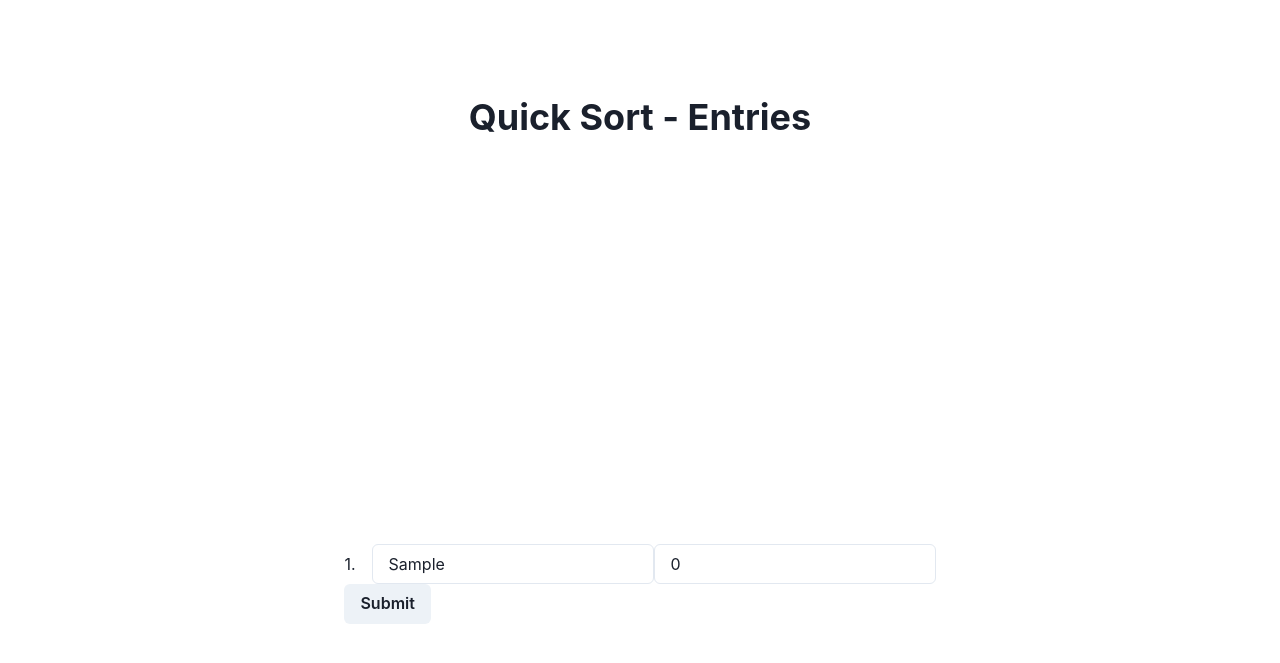
Repository: rohit-jindal18/stock-trailer
Page: /home
The author's editor kept a copy of each file at every save. The page is drawn from the files as they stood at one save, then again after the next save.
The browser window is 1280 px wide. The pictures show the whole page.
The project was rebuilt for these pictures with package versions that can differ from the ones it lists, and the page was loaded fresh each time. The framework's server and built-in components were replaced by stand-ins that run in the browser. Also part of the build but not shown: next.config.js.

Above is the page before, as saved 2023-03-14 15:00:05.

After the next save:
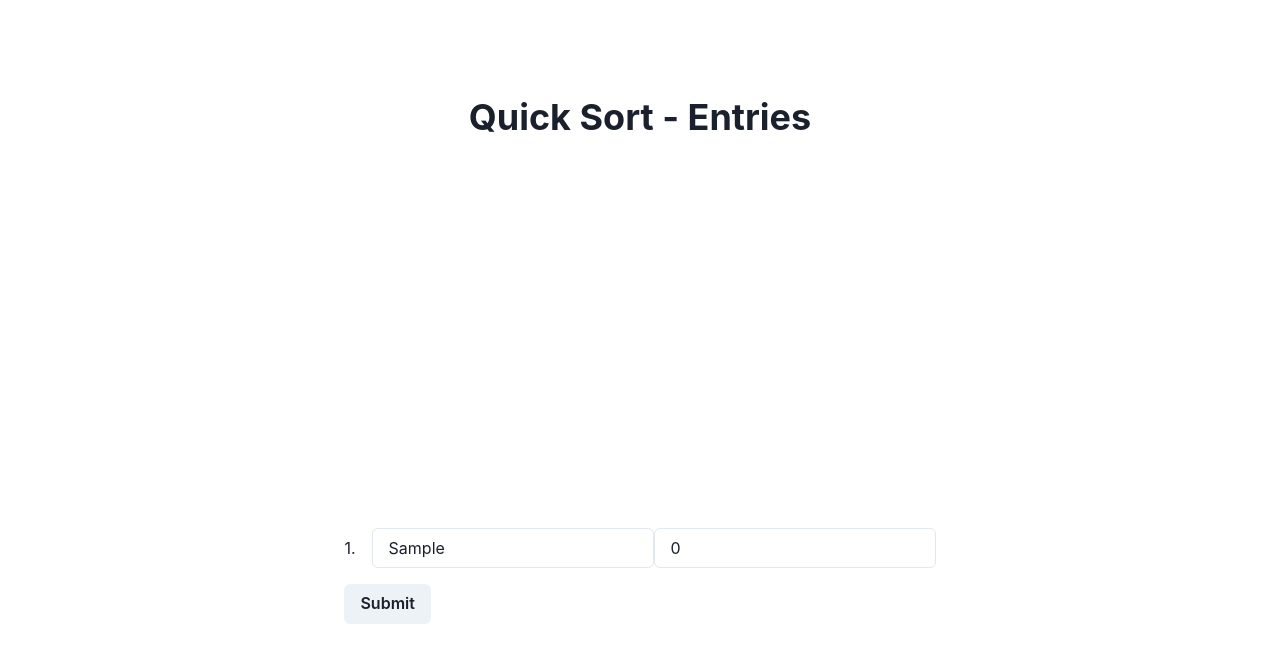
Saved 15 s later.
--- a/src/pages/home.tsx
+++ b/src/pages/home.tsx
@@ -48,7 +48,7 @@ export default function Authorize() {
               );
             })
           }
-          <Button>Submit</Button>
+          <Button mt={'16px'}>Submit</Button>
         </Box>
       </main>
     </>
